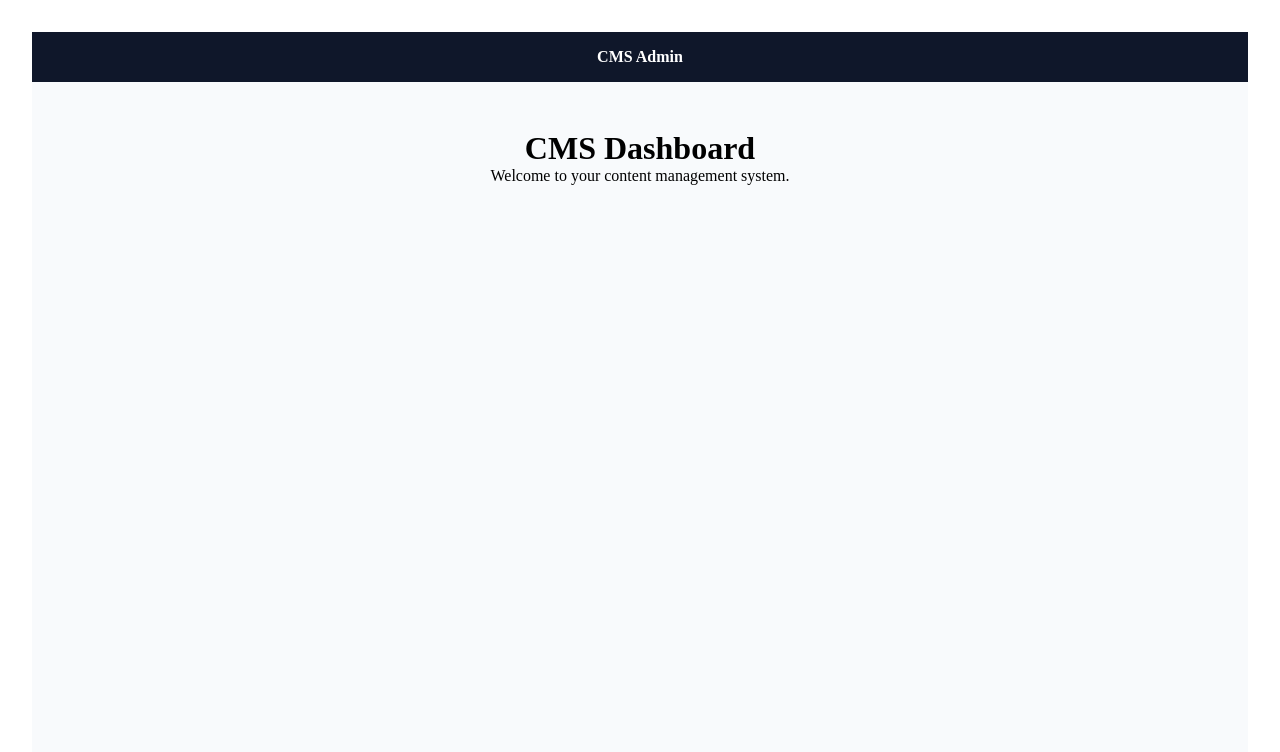
Repository: rajendratamang/react-dashboard
Page: /posts
The author's editor kept a copy of each file at every save. The page is drawn from the files as they stood at one save, then again after the next save.
The browser window is 1280 px wide. The pictures show the whole page.
The project was rebuilt for these pictures with package versions that can differ from the ones it lists, and the page was loaded fresh each time. Also part of the build but not shown: vite.config.ts.

Above is the page before, as saved 2026-01-16 20:14:25.

### src/index.css
* {
  margin: 0;
  padding: 0;
  box-sizing: border-box;
}

html, body, #root {
  height: 100%;
  width: 100%;
}

### src/App.tsx
import { useState } from 'react'
import './App.css'
import Dashboard from './pages/Dashboard'
import MainLayout from './layouts/MainLayout'

function App() {


  return (
    <MainLayout>
      <Dashboard />
    </MainLayout>
  )
}

export default App

### src/pages/Dashboard.tsx
export default function Dashboard() {
  return (
    <div style={{ padding: "24px" }}>
      <h1>CMS Dashboard</h1>
      <p>Welcome to your content management system.</p>
    </div>
  );
}

### src/layouts/MainLayout.tsx
import { ReactNode } from "react";

type MainLayoutProps = {
  children: ReactNode;
};

export default function MainLayout({ children }: MainLayoutProps) {
  return (
    <div style={{ minHeight: "100vh", background: "#f8fafc" }}>
      <header
        style={{
          padding: "16px 24px",
          background: "#0f172a",
          color: "#ffffff",
          fontWeight: 600
        }}
      >
        CMS Admin
      </header>

      <main style={{ padding: "24px" }}>
        {children}
      </main>
    </div>
  );
}

Loaded but not shown: index.html (common file); src/main.tsx (common file); src/App.css (common file)

After the next save:
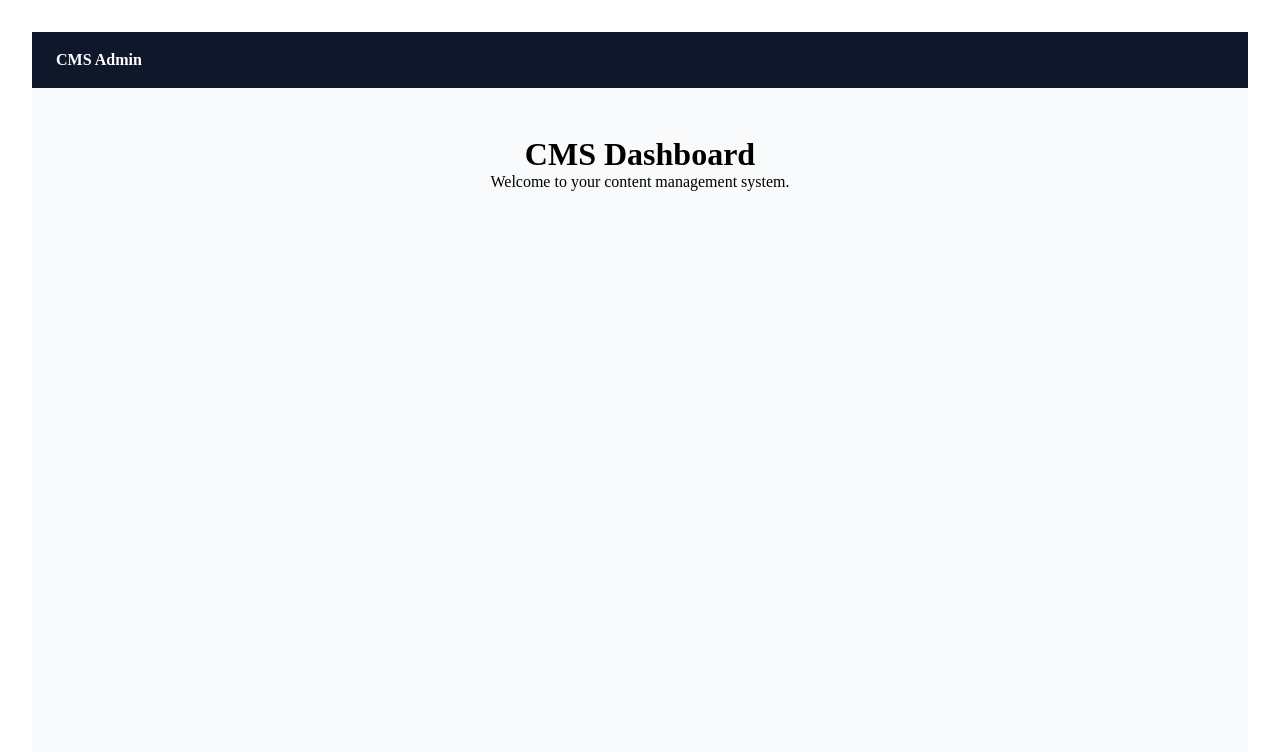
Saved 10 s later.
--- a/src/layouts/MainLayout.tsx
+++ b/src/layouts/MainLayout.tsx
@@ -6,19 +6,35 @@ type MainLayoutProps = {
 
 export default function MainLayout({ children }: MainLayoutProps) {
   return (
-    <div style={{ minHeight: "100vh", background: "#f8fafc" }}>
+    <div
+      style={{
+        minHeight: "100vh",
+        width: "100%",
+        display: "flex",
+        flexDirection: "column"
+      }}
+    >
       <header
         style={{
-          padding: "16px 24px",
+          height: "56px",
+          padding: "0 24px",
           background: "#0f172a",
           color: "#ffffff",
+          display: "flex",
+          alignItems: "center",
           fontWeight: 600
         }}
       >
         CMS Admin
       </header>
 
-      <main style={{ padding: "24px" }}>
+      <main
+        style={{
+          flex: 1,
+          background: "#f8fafc",
+          padding: "24px"
+        }}
+      >
         {children}
       </main>
     </div>
